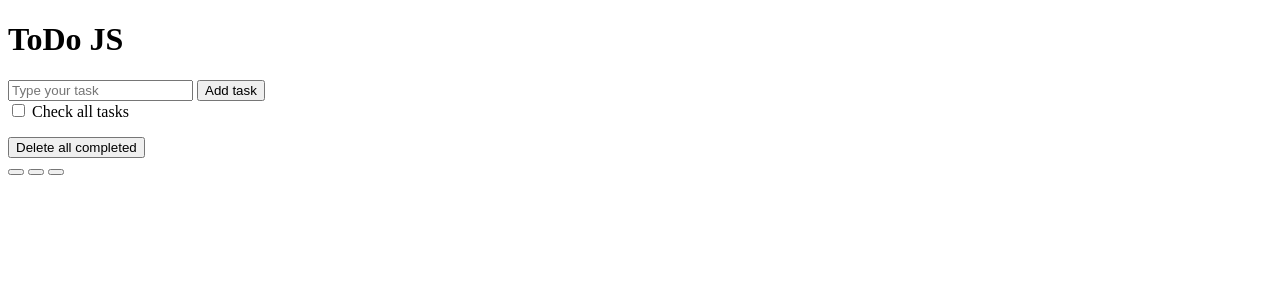
Repository: mklyagin/klyagin_todojs
Page: index.html
These files come from the project's save history. The page is drawn as it stood at one moment and after the next save; the edit follows.
The browser window is 1280 px wide. The pictures show the whole page.

Above is the page before, as saved 2024-02-26 09:48:13.

After the next save:
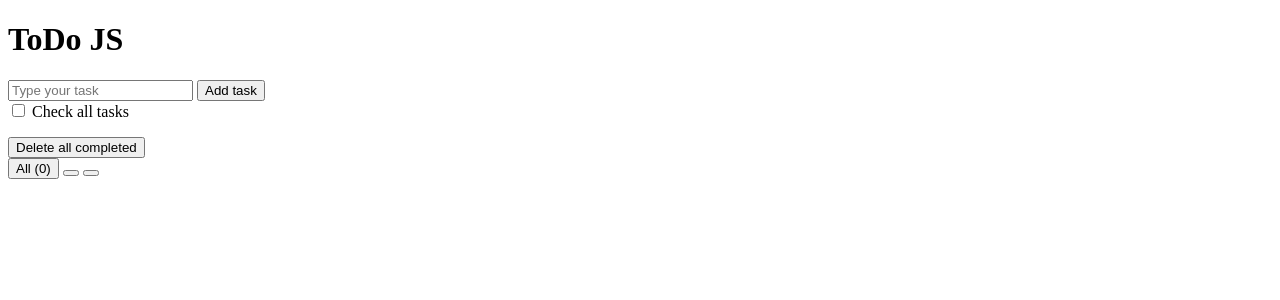
Saved 17 s later.
--- a/index.html
+++ b/index.html
@@ -19,7 +19,7 @@
       Delete all completed
     </button>
     <div id="tabulation">
-      <button id="show-all"></button>
+      <button id="show-all">All (0)</button>
       <button id="show-active"></button>
       <button id="show-completed"></button>
     </div>
